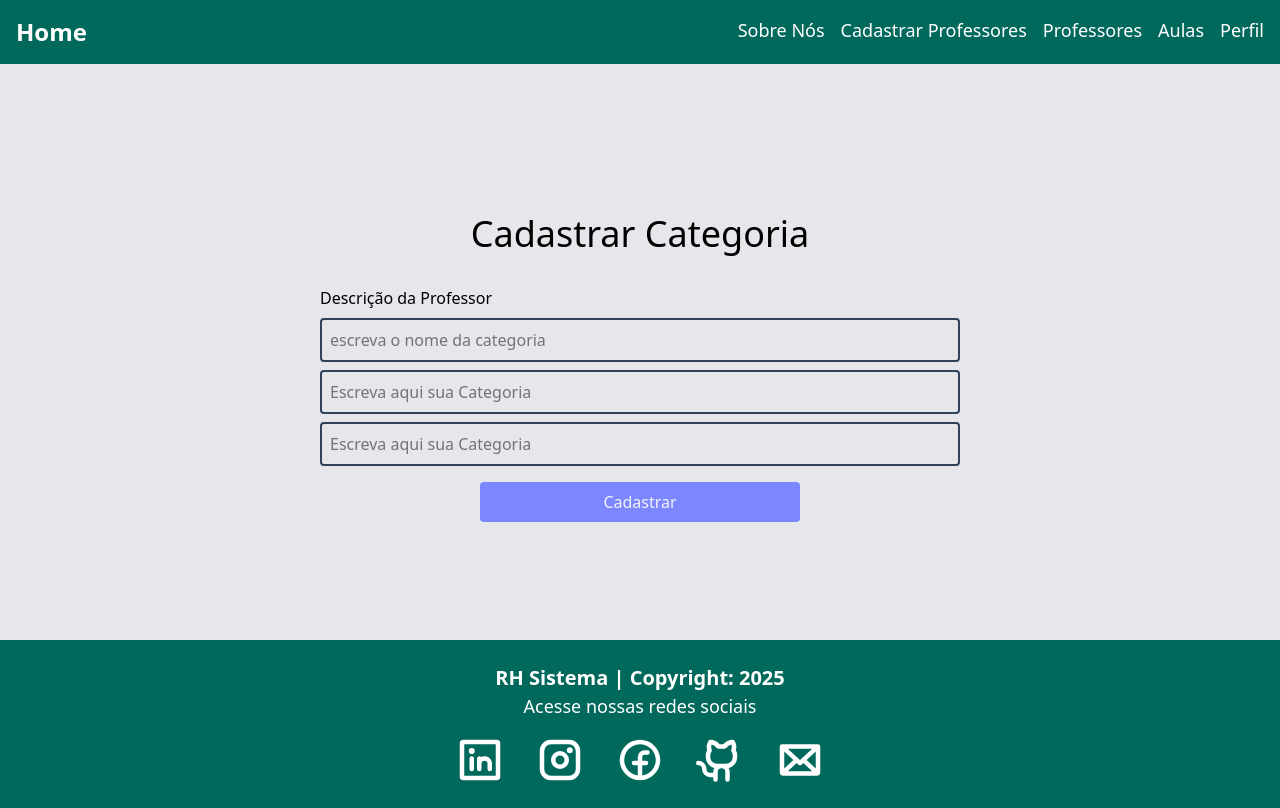
Repository: Projeto-Integrador01/burning-gym-front
Page: /cadastrarprofessor
These files come from the project's save history. The page is drawn as it stood at one moment and after the next save; the edit follows.
The browser window is 1280 px wide. The pictures show the whole page.
The project was rebuilt for these pictures with package versions that can differ from the ones it lists, and the page was loaded fresh each time. Also part of the build but not shown: vite.config.ts, src/pages/home/Home.tsx, src/pages/sobrenos/SobreNos.tsx, src/components/professor/cardprofessor/CardProfessor.tsx, src/components/professor/listaprofessor/ListaProfessor.tsx.

Above is the page before, as saved 2025-02-26 14:44:19.

After the next save:
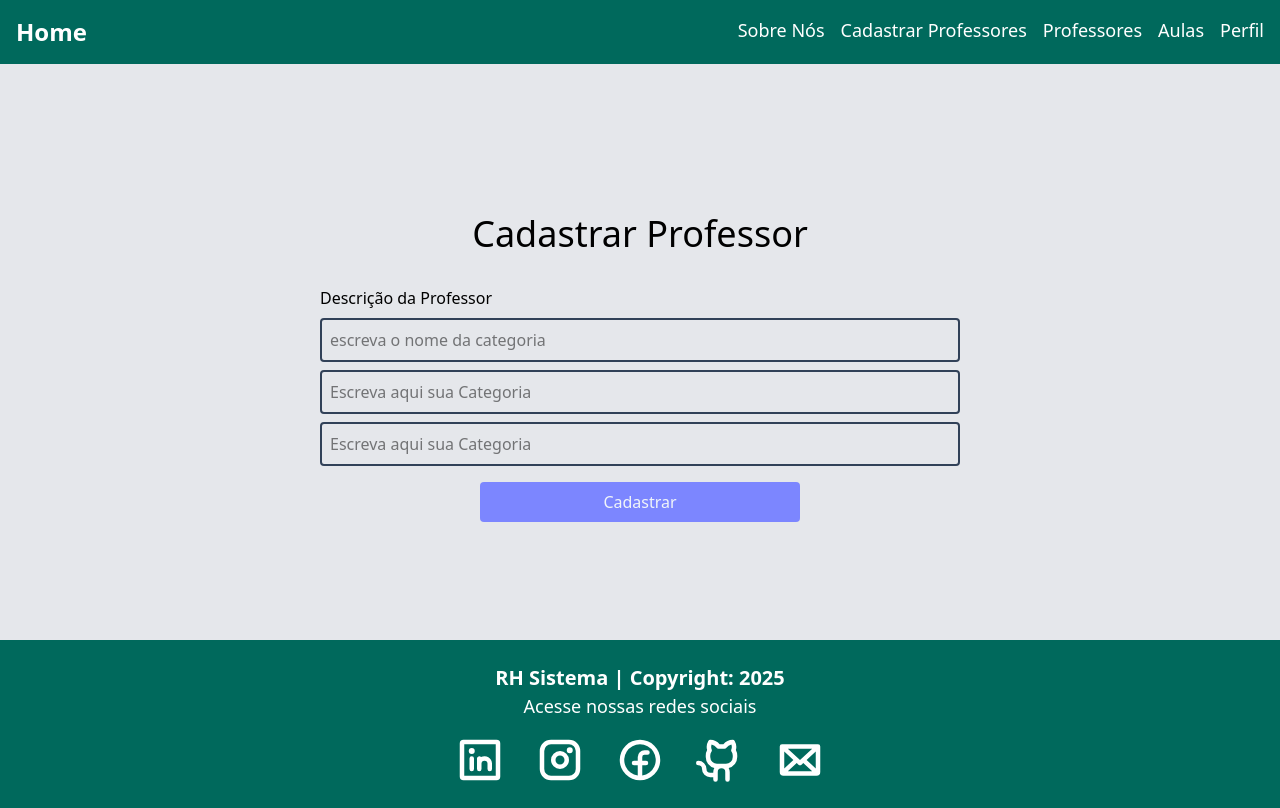
Saved 29 s later.
--- a/src/components/professor/formprofessor/FormProfessor.tsx
+++ b/src/components/professor/formprofessor/FormProfessor.tsx
@@ -81,7 +81,7 @@ function FormProfessor(){
       return (
         <div className="container flex flex-col items-center justify-center mx-auto">
           <h1 className="text-4xl text-center my-8">
-            {id ? "Atualizar Categoria" : "Cadastrar Categoria"}
+            {id ? "Atualizar Professor" : "Cadastrar Professor"}
           </h1>
 
           <form
